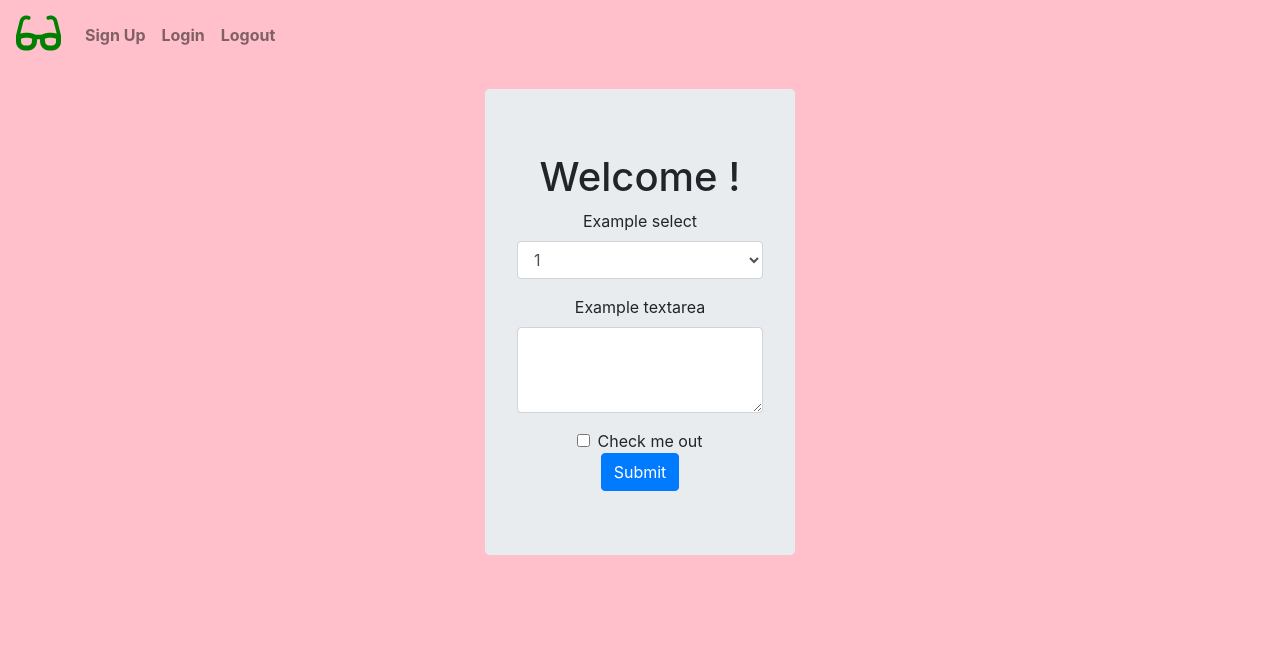
Repository: NeiloErnesto89/Data_Centric_Dev_Milestone_Project3
Page: templates/comments.html
The author's editor kept a record of every edit. The page is drawn from the files as they stood at one moment, then again after the next edit.
The browser window is 1280 px wide. The pictures show the whole page.
Some web libraries are served in a nearby version. The template is drawn by Flask 3. The application's start-up code is not run. Other server files are loaded and not shown. The template is opened directly, without the code that normally fills it, so the values that code supplies are empty.

Above is the page before.

### templates/comments.html
{% extends 'base.html' %} {% block content %}

<div class="container-fluid">

    <div class="row justify-content-center">
        <div class="jumbotron text-center mt-3">
            <h1>Welcome {{ user.username }} !</h1>

            <form>
                <div class="form-group">
                    <label for="exampleFormControlSelect1">Example select</label>
                    <select class="form-control" id="exampleFormControlSelect1">
                  <option>1</option>
                  <option>2</option>
                  <option>3</option>
                  <option>4</option>
                  <option>5</option>
                </select>
                </div>
                <div class="form-group">
                    <label for="exampleFormControlTextarea1">Example textarea</label>
                    <textarea class="form-control" id="exampleFormControlTextarea1" rows="3"></textarea>
                </div>
                <div class="form-check">
                    <input type="checkbox" class="form-check-input" id="exampleCheck1">
                    <label class="form-check-label" for="exampleCheck1">Check me out</label>
                </div>
                <button type="submit" class="btn btn-primary">Submit</button>
            </form>
        </div>

    </div>

</div>


{% endblock %}

### templates/base.html
<!DOCTYPE html>
<html lang="en">

<head>
    <meta charset="UTF-8">
    <meta name="viewport" content="width=device-width, initial-scale=1.0">
    <meta http-equiv="X-UA-Compatible" content="ie=edge">

    <title>Book Reviews</title>

    <!-- Bootstrap -->
    <link rel="stylesheet" href="https://stackpath.bootstrapcdn.com/bootstrap/4.3.1/css/bootstrap.min.css" integrity="sha384-ggOyR0iXCbMQv3Xipma34MD+dH/1fQ784/j6cY/iJTQUOhcWr7x9JvoRxT2MZw1T" crossorigin="anonymous">

    <!-- Google Font-->
    <link href="https://fonts.googleapis.com/css?family=Montserrat:400,700" rel="stylesheet">

    <!-- Font Awesome-->

    <link rel="stylesheet" href="https://use.fontawesome.com/releases/v5.7.2/css/all.css" integrity="sha384-fnmOCqbTlWIlj8LyTjo7mOUStjsKC4pOpQbqyi7RrhN7udi9RwhKkMHpvLbHG9Sr" crossorigin="anonymous">

    <link rel="stylesheet" href="https://cdnjs.cloudflare.com/ajax/libs/font-awesome/4.7.0/css/font-awesome.min.css">

    <!-- CSS -->

    <link rel="stylesheet" href="{{url_for('static', filename='css/style.css')}}" type="text/css" />


</head>

<body>

    <header>
        <!--NavBar with Burger Icon-->

        <nav class="navbar navbar-expand-lg navbar-light mb-1 text-center">
            <a class="navbar-brand" data-target="#popUpModal" data-toggle="modal"><i class="fas fa-glasses" style="font-size:40px;color:green;"></i></a>
            <button class="navbar-toggler" type="button" data-toggle="collapse" data-target="#navbarTogglerDemo02" aria-controls="navbarTogglerDemo02" aria-expanded="false" aria-label="Toggle navigation">
                            <span class="navbar-toggler-icon"></span>
                          </button>
            <div class="collapse navbar-collapse" id="navbarTogglerDemo02">
                <ul class="navbar-nav mr-auto mt-0 mt-lg-0">

                    <li class="nav-item">
                        <a class="nav-link" href="{{ url_for('signup') }}"><b>Sign Up</b></a>
                    </li>
                    <li class="nav-item">
                        <a class="nav-link" href="{{ url_for('login') }}"><b>Login</b></a>
                    </li>
                    <li class="nav-item">
                        <a class="nav-link" href="{{ url_for('logout') }}"><b>Logout</b></a>
                    </li>


                </ul>
            </div>
        </nav>

    </header>

    <div class="container-fluid">

        {% block content %} {% endblock %}
    </div>






    <!-- JQuery -->
    <script src="https://cdnjs.cloudflare.com/ajax/libs/jquery/3.2.1/jquery.min.js"></script>

    <!-- Bootstrap JS-->

    <script src="https://code.jquery.com/jquery-3.3.1.slim.min.js" integrity="sha384-q8i/X+965DzO0rT7abK41JStQIAqVgRVzpbzo5smXKp4YfRvH+8abtTE1Pi6jizo" crossorigin="anonymous"></script>
    <script src="https://cdnjs.cloudflare.com/ajax/libs/popper.js/1.14.7/umd/popper.min.js" integrity="sha384-UO2eT0CpHqdSJQ6hJty5KVphtPhzWj9WO1clHTMGa3JDZwrnQq4sF86dIHNDz0W1" crossorigin="anonymous"></script>
    <script src="https://stackpath.bootstrapcdn.com/bootstrap/4.3.1/js/bootstrap.min.js" integrity="sha384-JjSmVgyd0p3pXB1rRibZUAYoIIy6OrQ6VrjIEaFf/nJGzIxFDsf4x0xIM+B07jRM" crossorigin="anonymous"></script>



    <!--  <script type="text/javascript">
        $(document).ready(function() {
            $('.collapsible').collapsible();
        });
    </script>  -->
</body>

</html>

### static/css/style.css
body {
  background-color: pink;
}


/* Paginate Button on All Reviews.html (taken from w3 schools*/

.paginate {
  display: inline-block;
}

.paginate a {
  color: black;
  float: left;
  padding: 8px 16px;
  text-decoration: none;
  margin: 15px;
}

.paginate a.active {
  background-color: #4CAF50;
  color: white;
  border-radius: 5px;
}

.paginate a:hover:not(.active) {
  background-color: #ddd;
  border-radius: 5px;
}

/* all_reviews.html - book review cards*/

.card {
  margin: 5px;
  border: 8px solid rgb(5, 187, 5);
  border-radius: 3rem;
}

After the next edit:
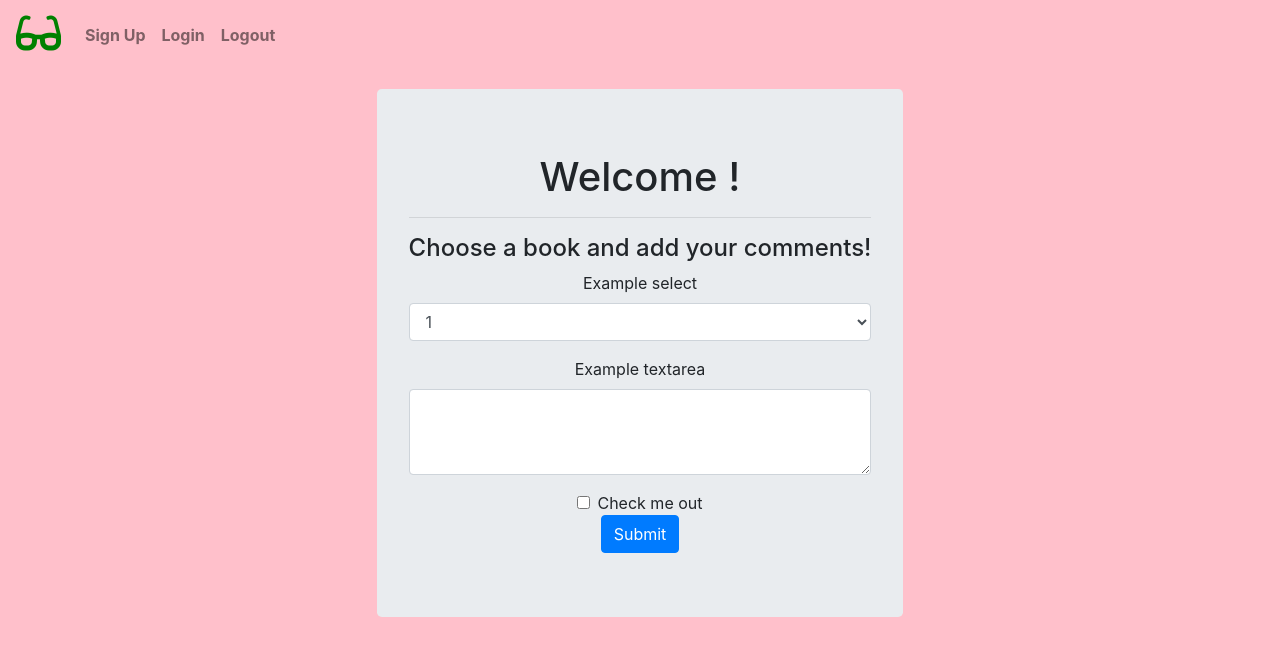
The edit:
--- a/templates/comments.html
+++ b/templates/comments.html
@@ -5,6 +5,8 @@
     <div class="row justify-content-center">
         <div class="jumbotron text-center mt-3">
             <h1>Welcome {{ user.username }} !</h1>
+            <hr>
+            <h4>Choose a book and add your comments!</h4>
 
             <form>
                 <div class="form-group">
